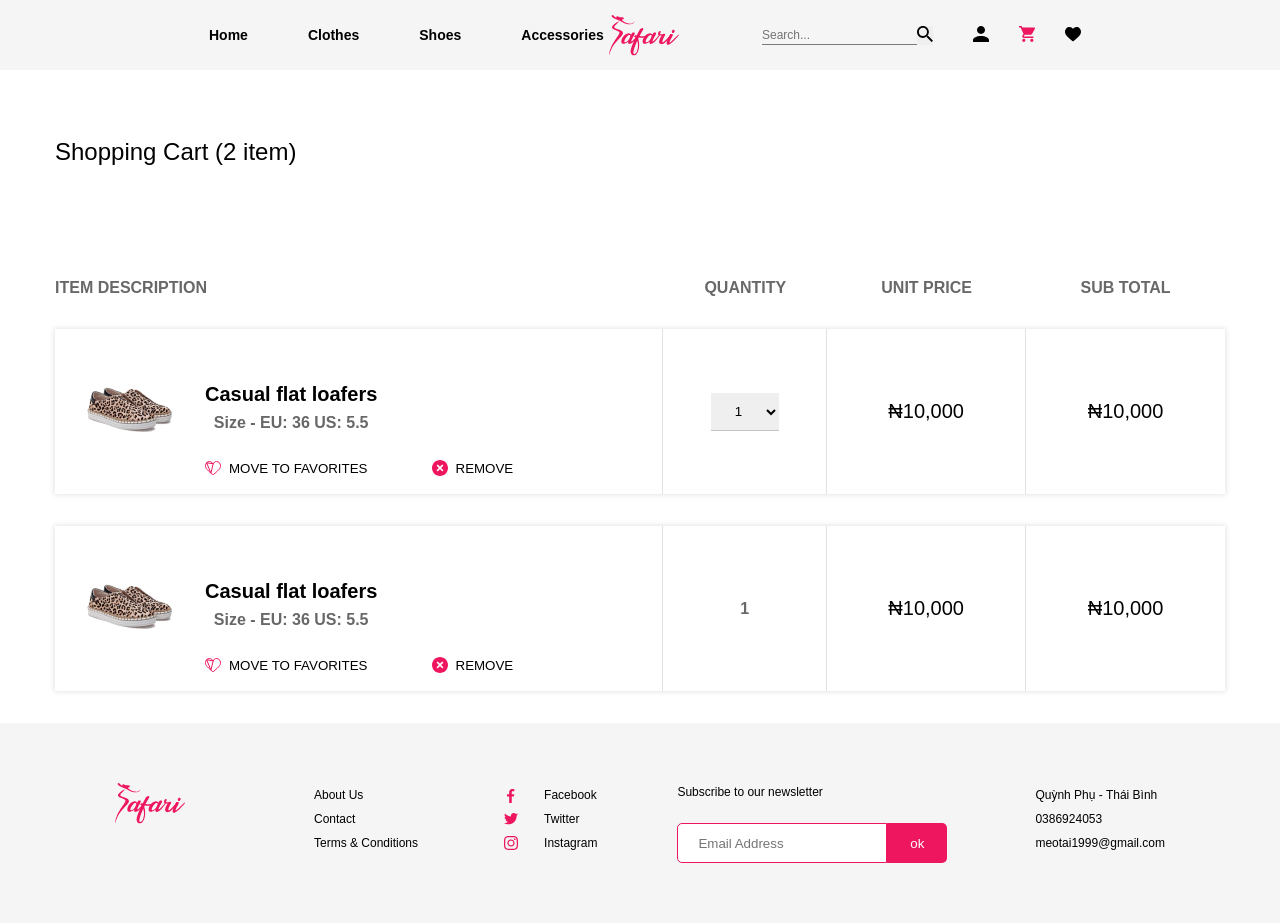
Repository: tboy1999/safari
Page: views/cart.html
The author's editor kept a copy of each file at every save. The page is drawn from the files as they stood at one save, then again after the next save.
The browser window is 1280 px wide. The pictures show the whole page.
Some web libraries are served in a nearby version. The style sheet was rebuilt from its Sass, Less or Tailwind sources for each picture, by a compiler version that may differ from the author's.

Above is the page before, as saved 2022-04-28 14:17:43.

### views/cart.html
<!DOCTYPE html>
<html lang="en">
<head>
  <meta charset="UTF-8">
  <meta http-equiv="X-UA-Compatible" content="IE=edge">
  <meta name="viewport" content="width=device-width, initial-scale=1.0">
  <title>cart safari</title>
  <link rel="shortcut icon" href="./image/logo/Logo.svg" type="image/x-icon">
  <link rel="preconnect" href="https://fonts.googleapis.com">
  <link rel="preconnect" href="https://fonts.gstatic.com" crossorigin>
  <link rel="stylesheet" href="https://cdnjs.cloudflare.com/ajax/libs/font-awesome/6.1.1/css/all.min.css" integrity="sha512-KfkfwYDsLkIlwQp6LFnl8zNdLGxu9YAA1QvwINks4PhcElQSvqcyVLLD9aMhXd13uQjoXtEKNosOWaZqXgel0g==" crossorigin="anonymous" referrerpolicy="no-referrer" />
  <link rel="stylesheet" href="../css/grid.css">
  <link rel="stylesheet" href="../css/cart.css">
</head>
<body>
  <header id="header" class="header">
    <div class="container">
      <div class="header__container facenter">
        <ul class="header__list facenter fz14-fw600">
          <li class="header__item"><a href="../index.html" class="header__link">Home</a></li>
          <li class="header__item"><a href="./clothes.html" class="header__link">Clothes</a></li>
          <li class="header__item"><a href="./shoes.html" class="header__link">Shoes</a></li>
          <li class="header__item"><a href="./accessories.html" class="header__link">Accessories</a></li>
        </ul>
        <form class="header__search facenter">
          <input type="text" placeholder="Search..." class="fz12">
          <button type="submit"><img src="../image/header/search.svg" alt=""></button>
        </form>
        <div class="header__feature facenter">
          <a href="./user.html">
            <svg width="16" height="16" viewBox="0 0 16 16" fill="inherit" xmlns="http://www.w3.org/2000/svg">
            <path d="M8 0C9.06087 0 10.0783 0.421427 10.8284 1.17157C11.5786 1.92172 12 2.93913 12 4C12 5.06087 11.5786 6.07828 10.8284 6.82843C10.0783 7.57857 9.06087 8 8 8C6.93913 8 5.92172 7.57857 5.17157 6.82843C4.42143 6.07828 4 5.06087 4 4C4 2.93913 4.42143 1.92172 5.17157 1.17157C5.92172 0.421427 6.93913 0 8 0ZM8 10C12.42 10 16 11.79 16 14V16H0V14C0 11.79 3.58 10 8 10Z"/>
            </svg>
          </a>
          <a href="#" class="header__feature--active">
            <svg width="16" height="16" viewBox="0 0 16 16" fill="inherit" xmlns="http://www.w3.org/2000/svg">
              <path d="M12.8 12.8C11.912 12.8 11.2 13.512 11.2 14.4C11.2 14.8243 11.3686 15.2313 11.6686 15.5314C11.9687 15.8314 12.3757 16 12.8 16C13.2243 16 13.6313 15.8314 13.9314 15.5314C14.2314 15.2313 14.4 14.8243 14.4 14.4C14.4 13.9757 14.2314 13.5687 13.9314 13.2686C13.6313 12.9686 13.2243 12.8 12.8 12.8ZM0 0V1.6H1.6L4.48 7.672L3.392 9.632C3.272 9.856 3.2 10.12 3.2 10.4C3.2 10.8243 3.36857 11.2313 3.66863 11.5314C3.96869 11.8314 4.37565 12 4.8 12H14.4V10.4H5.136C5.08296 10.4 5.03209 10.3789 4.99458 10.3414C4.95707 10.3039 4.936 10.253 4.936 10.2C4.936 10.16 4.944 10.128 4.96 10.104L5.68 8.8H11.64C12.24 8.8 12.768 8.464 13.04 7.976L15.904 2.8C15.96 2.672 16 2.536 16 2.4C16 2.18783 15.9157 1.98434 15.7657 1.83431C15.6157 1.68429 15.4122 1.6 15.2 1.6H3.368L2.616 0H0ZM4.8 12.8C3.912 12.8 3.2 13.512 3.2 14.4C3.2 14.8243 3.36857 15.2313 3.66863 15.5314C3.96869 15.8314 4.37565 16 4.8 16C5.22435 16 5.63131 15.8314 5.93137 15.5314C6.23143 15.2313 6.4 14.8243 6.4 14.4C6.4 13.9757 6.23143 13.5687 5.93137 13.2686C5.63131 12.9686 5.22435 12.8 4.8 12.8Z"/>
            </svg>
          </a>
          <a href="#">
            <svg width="16" height="15" viewBox="0 0 16 15" fill="inherit"
            xmlns="http://www.w3.org/2000/svg">
              <path d="M14.7307 1.39307C13.9025 0.494751 12.766 0 11.5304 0C10.6068 0 9.76099 0.291992 9.01636 0.867798C8.64062 1.15845 8.30017 1.51404 8 1.92908C7.69995 1.51416 7.35938 1.15845 6.98352 0.867798C6.23901 0.291992 5.39319 0 4.4696 0C3.23401 0 2.09741 0.494751 1.26917 1.39307C0.450806 2.28088 0 3.49377 0 4.80847C0 6.16162 0.504272 7.40027 1.58691 8.70667C2.55542 9.87524 3.94739 11.0615 5.55933 12.4352C6.10974 12.9043 6.73364 13.436 7.38147 14.0024C7.55261 14.1523 7.77222 14.2349 8 14.2349C8.22766 14.2349 8.44739 14.1523 8.61829 14.0027C9.26611 13.4362 9.89038 12.9042 10.441 12.4348C12.0527 11.0614 13.4447 9.87524 14.4132 8.70654C15.4958 7.40027 16 6.16162 16 4.80835C16 3.49377 15.5492 2.28088 14.7307 1.39307Z"/>
            </svg>
          </a>
        </div>
        <div class="header__logo">
          <a href="../index.html"><img src="../image/logo/Logo.svg" alt=""></a>
        </div>
      </div>
    </div>
  </header>

  <main id="cart" class="cart">
    <div class="container">
      <h1 class="cart__heading fz24">Shopping Cart (2 item)</h1>
      <table>
        <thead class="fz16">
          <tr>
            <th>ITEM DESCRIPTION</th>
            <th>QUANTITY</th>
            <th>UNIT PRICE</th>
            <th>SUB TOTAL</th>
          </tr>
        </thead>
        <tbody>
          <tr>
            <td>
              <div class="cart__product facenter gap32">
                <img src="../image/cart/cart1.jpg" alt="" class="cart__img">
                <div class="cart__info">
                  <h3 class="fz20-fw600">Casual flat loafers</h3>
                  <p class="fz16">Size - EU: 36 US: 5.5</p>
                </div>
              </div>
              <div class="cart__btn facenter gap64">
                <button class="facenter gap8"><img src="../image/cart/heart-cart.svg" alt="">MOVE TO FAVORITES</button>
                <button class="facenter gap8"><img src="../image/cart/remove-cart.svg" alt="">REMOVE</button>
              </div>
            </td>
            <td class="fz16">
              <select>
                <option>1</option>
                <option>2</option>
                <option>3</option>
                <option>4</option>
                </select>
            </td>
            <td class="fz20">₦10,000</td>
            <td class="fz20">₦10,000</td>
          </tr>
          <tr>
            <td>
              <div class="cart__product facenter gap32">
                <img src="../image/cart/cart1.jpg" alt="" class="cart__img">
                <div class="cart__info">
                  <h3 class="fz20-fw600">Casual flat loafers</h3>
                  <p class="fz16">Size - EU: 36 US: 5.5</p>
                </div>
              </div>
              <div class="cart__btn facenter gap64">
                <button class="facenter gap8"><img src="../image/cart/heart-cart.svg" alt="">MOVE TO FAVORITES</button>
                <button class="facenter gap8"><img src="../image/cart/remove-cart.svg" alt="">REMOVE</button>
              </div>
            </td>
            <td class="fz16">1</td>
            <td class="fz20">₦10,000</td>
            <td class="fz20">₦10,000</td>
          </tr>
        </tbody>
      </table>
    </div>
  </main>
  <footer class="footer">
    <div class="container">
      <div class="footer__container d-flex fz12">
        <div class="footer__logo">
          <a href="../index.html"><img src="../image/logo/Logo.svg" alt=""></a>
        </div>
        <div class="footer__body d-flex gap80">
          <ul class="footer__pages">
            <li class="footer__item fz12"><a href="#">About Us</a></li>
            <li class="footer__item fz12"><a href="#">Contact</a></li>
            <li class="footer__item fz12"><a href="#">Terms & Conditions</a></li>
          </ul>
          <ul class="footer__networks">
            <li class="footer__item facenter gap20">
              <div class="footer__icon flex-center">
                <a href="#" class="facenter"><img src="../image/footer/fb.svg" alt=""></a>
              </div>
              <p><a href="#">Facebook</a></p>
            </li>
            <li class="footer__item facenter gap20">
              <div class="footer__icon flex-center">
                <a href="#" class="facenter"><img src="../image/footer/twitter.svg" alt=""></a>
              </div>
              <p><a href="#">Twitter</a></p>
            </li>
            <li class="footer__item facenter gap20">
              <div class="footer__icon flex-center">
                <a href="#" class="facenter"><img src="../image/footer/instagram.svg" alt=""></a>
              </div>
              <p><a href="#">Instagram</a></p>
            </li>
          </ul>
          <div class="footer__input">
            <p>Subscribe to our newsletter</p>
            <form action="" class="facenter footer__form">
              <input type="text" placeholder="Email Address">
              <button type="submit">ok</button>
            </form>
          </div>
        </div>
        <div class="footer__info">
          <p>Quỳnh Phụ - Thái Bình</p>
          <p>0386924053</p>
          <p>meotai1999@gmail.com</p>
        </div>
      </div>
    </div>
  </footer>
</body>
</html>

### scss/cart.scss
@import 'reset';
@import 'variable';
@import 'global';
@import 'alike';
@import 'header';
@import 'footer';

.cart {
  margin-top: 134px;
  &__heading {
    margin-bottom: 78px;
  }
  table {
    border-spacing:0 32px;
    width: 100%;
    thead {
      th:first-child {
        width: 52%;
        text-align: left;
      }
      th:nth-child(2) {
        width: 14%
      }
      th:nth-child(3),
      th:nth-child(4) {
        width: 17%
      }
    }
    tbody {
      tr {
        background: #FFFFFF;
        box-shadow: 0px 0px 5px 1px rgba(0, 0, 0, 0.1);
      }
      td:first-child {
        padding: 35px 0 18px 32px
      }
      td {
        text-align: center
      }
      td:not(:last-child) {
        border-right: 1.5px solid #E1E1E1;
      }
      select {
        padding: 10px 20px;
        border: none;
        border-bottom: 1px solid #C4C4C4;
        outline: none;
      }
    }
  }
  &__img {
    width: 86px;
    height: 86px;
    object-fit: cover;
  }
  &__info {
    h3 {
      margin-bottom: 8px;
    }
  }
  &__product {
    margin-bottom: 10px;
  }
  &__btn {
    padding-left: calc(150px - 32px);
    button {
      background-color: transparent
    }
  }
}

### scss/_reset.scss
* {
  padding: 0;
  margin: 0;
  box-sizing: border-box;
}

html:focus-within {
  scroll-behavior: smooth;
}

a,
button {
  display: block;
  outline: none;
  border: none;
  text-decoration: none;
  color: inherit;
  cursor: pointer;
}

input {
  outline: none;
}

ul {
  list-style-type: none;
}

// img {
//   width: 100%;
//   height: 100%;
//   object-fit: cover;
// }

### scss/_variable.scss
$text-color: #686868;
$primary-color: #ED165F;

$header-background-color: #F5F5F5;
$footer-background-color: #F5F5F5;

### scss/_global.scss
html {
  font-size: 10px;
  line-height: 1;
  scroll-behavior: smooth !important;
}

body {
  font-family: 'Mulish', sans-serif;
}

body .auto-top {
  display: none;
  position: fixed;
  right: 50px;
  top: 50%;
  width: 60px;
  height: 50px;
  border: 1px solid #000000;
  border-radius: 5px;
  animation: autoTop 2s ease-in-out;
  animation-iteration-count: infinite;
}
@keyframes autoTop {
  from {
    transform: translateY(0)
  }
  to {
    transform: translateY(-20px)
  }
}

.facenter {
  display: flex;
  align-items: center;
}

.facb {
  display:flex;
  justify-content: space-between;
  align-items: center;
}

.flex-center {
  display: flex;
  justify-content: center;
  align-items: center;
}

.d-flex {
  display: flex;
  flex-wrap: wrap;
}

.flex-column {
  display: flex;
  flex-direction: column;
}

.gap64 {
  gap: 64px
}

.gap80 {
  gap: 0 80px
}

.gap32 {
  gap: 32px
}

.gap20 {
  gap: 0 20px
}

.gap16 {
  gap: 16px
}
.gap8 {
  gap: 8px
}

### scss/_alike.scss
.fz40 {
  font-weight: 700;
  font-size: 4rem;
  line-height: calc(24/40);
}

.fz30 {
  font-weight: 600;
  font-size: 30px;
}


.fz24 {
  font-weight: 400;
  font-size: 2.4rem;
  line-height: calc(35/24);
}

.fz20 {
  font-weight: 400;
  font-size: 2rem;
  line-height: calc(23/20);
  &-fw800 {
    font-weight: 800;
    font-size: 2rem;
    line-height: calc(23/20);
  }
  &-fw600 {
    font-weight: 600;
    font-size: 2rem;
    line-height: calc(23/20);
  }
}

.fz18 {
  font-weight: 800;
  font-size: 1.8rem;
  line-height: calc(24/18);
}

.fz16 {
  font-weight: 600;
  font-size: 1.6rem;
  line-height: calc(18/16);
  color: $text-color;
}

.fz14 {
  font-weight: 400;
  font-size: 1.4rem;
  line-height: calc(18/14);
  &-fw600 {
    font-weight: 600;
    font-size: 1.4rem;
    line-height: calc(18/14);
  }
}

.fz12 {
  font-weight: 400;
  font-size: 1.2rem;
  line-height: calc(18/12);
}

.fz10 {
  font-weight: 700;
  font-size: 1rem;
  line-height: calc(18/10);
}

### scss/_header.scss
.header {
  position: fixed;
  top: 0;
  left: 0;
  right: 0;
  z-index: 99999;
  background-color: $header-background-color;
  &__container {
    height: 70px;
    padding: 0 144px;
  }
  &__list {
    gap: 0 40px;
    flex: 1
  }
  &__search {
    input {
      border:none;
      border-bottom: 1px solid rgba(0, 0, 0, 0.5);
      color: rgba(0, 0, 0, 0.5);
      background-color: inherit;
    }
  }
  &__link {
    padding: 6px 10px;
    transition: all 0.2s linear;
    position: relative;
    &::after {
      content: "";
      position: absolute;
      width: 0;
      left: auto;
      right: 0;
      bottom: 0;
      height: 1px;
      transition: all 0.2s linear;
      background-color: red;
    }
    &:hover {
      color: $primary-color;
      &::after {
        width: 100%;
        right: auto;
        left: 0
      }
    }
    &.header__item--active {
      color: $primary-color;
      font-weight: 800;
      &::after {
        width: 100%;
      }
    }
  }
  &__feature {
    gap: 0 30px;
    margin-left: 40px;
    .header__feature--active {
      fill: $primary-color;
    }
  }
  &__logo {
    position: absolute;
    left: 47.57%;
    right: 47.57%;
    top: 21.43%;
    bottom: 20.93%;
  }
}

### scss/_footer.scss
.footer {
  background-color: $footer-background-color;
  &__container {
    padding: 60px;
  }
  &__pages {
    margin-left: 129px;
    a {
      padding: 3px 0;
    }
  }
  &__networks {
    a {
      padding: 3px 0
    }
  }
  &__icon {
    width: 26px
  }
  &__body {
    flex: 1
  }
  &__form {
    margin-top: 22px;
    width: 270px;
    height: 40px;
    border-radius: 5px;
    input {
      border: 1px solid $primary-color;
      padding: 0 0 0 20px;
      height: inherit;
      flex: 1;
      border-top-left-radius: 5px;
      border-bottom-left-radius: 5px;
    }
    button {
      width: 60px;
      height: inherit;
      background-color: $primary-color;
      color: #fff;
      border-top-right-radius: 5px;
      border-bottom-right-radius: 5px;
    }
  }
  &__info {
    p {
      padding: 3px 0
    }
  }
}

Loaded but not shown: css/grid.css (721 lines, source omitted)

After the next save:
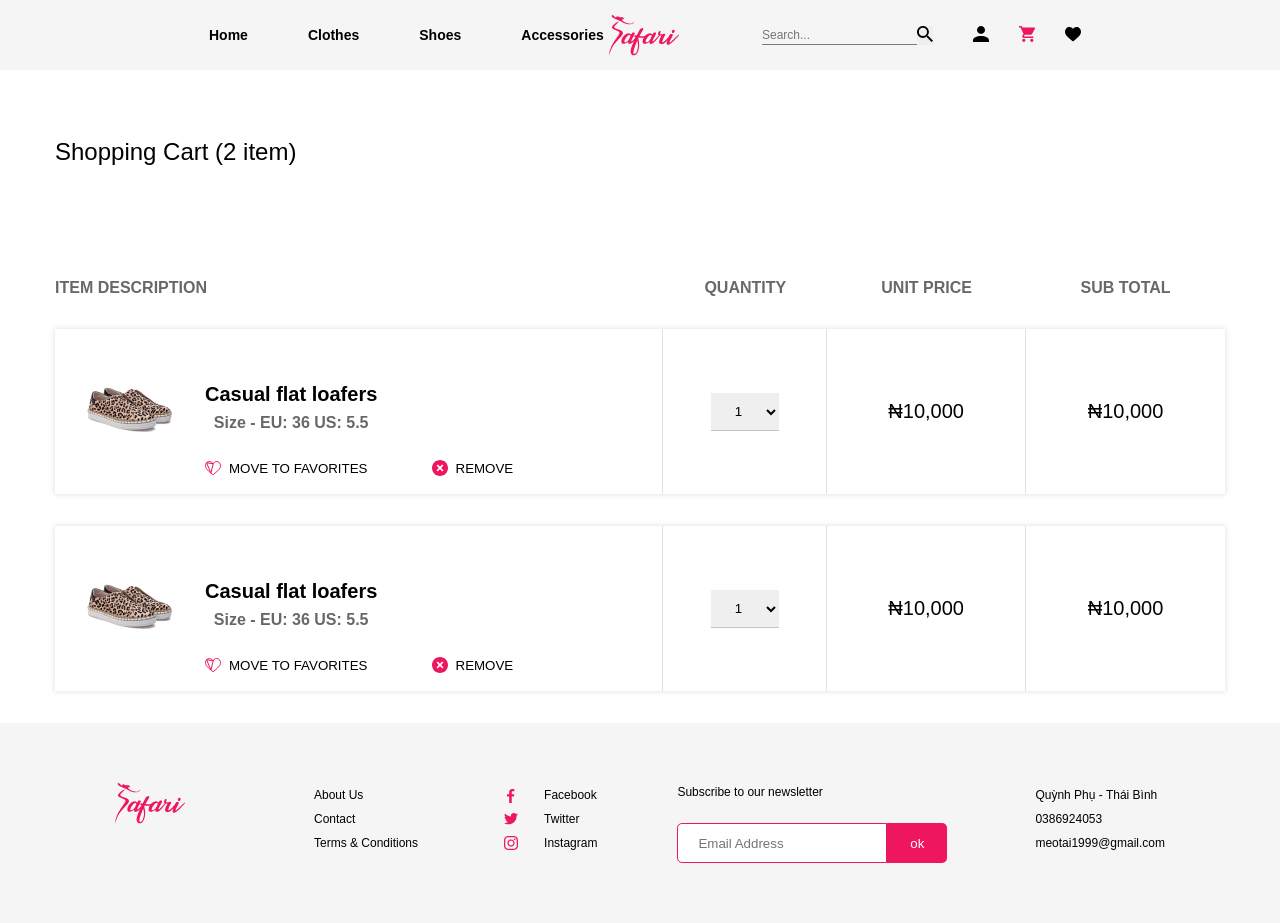
Saved 27 s later.
--- a/views/cart.html
+++ b/views/cart.html
@@ -84,7 +84,7 @@
                 <option>2</option>
                 <option>3</option>
                 <option>4</option>
-                </select>
+              </select>
             </td>
             <td class="fz20">₦10,000</td>
             <td class="fz20">₦10,000</td>
@@ -103,7 +103,14 @@
                 <button class="facenter gap8"><img src="../image/cart/remove-cart.svg" alt="">REMOVE</button>
               </div>
             </td>
-            <td class="fz16">1</td>
+            <td class="fz16">
+              <select>
+                <option>1</option>
+                <option>2</option>
+                <option>3</option>
+                <option>4</option>
+              </select>
+            </td>
             <td class="fz20">₦10,000</td>
             <td class="fz20">₦10,000</td>
           </tr>
